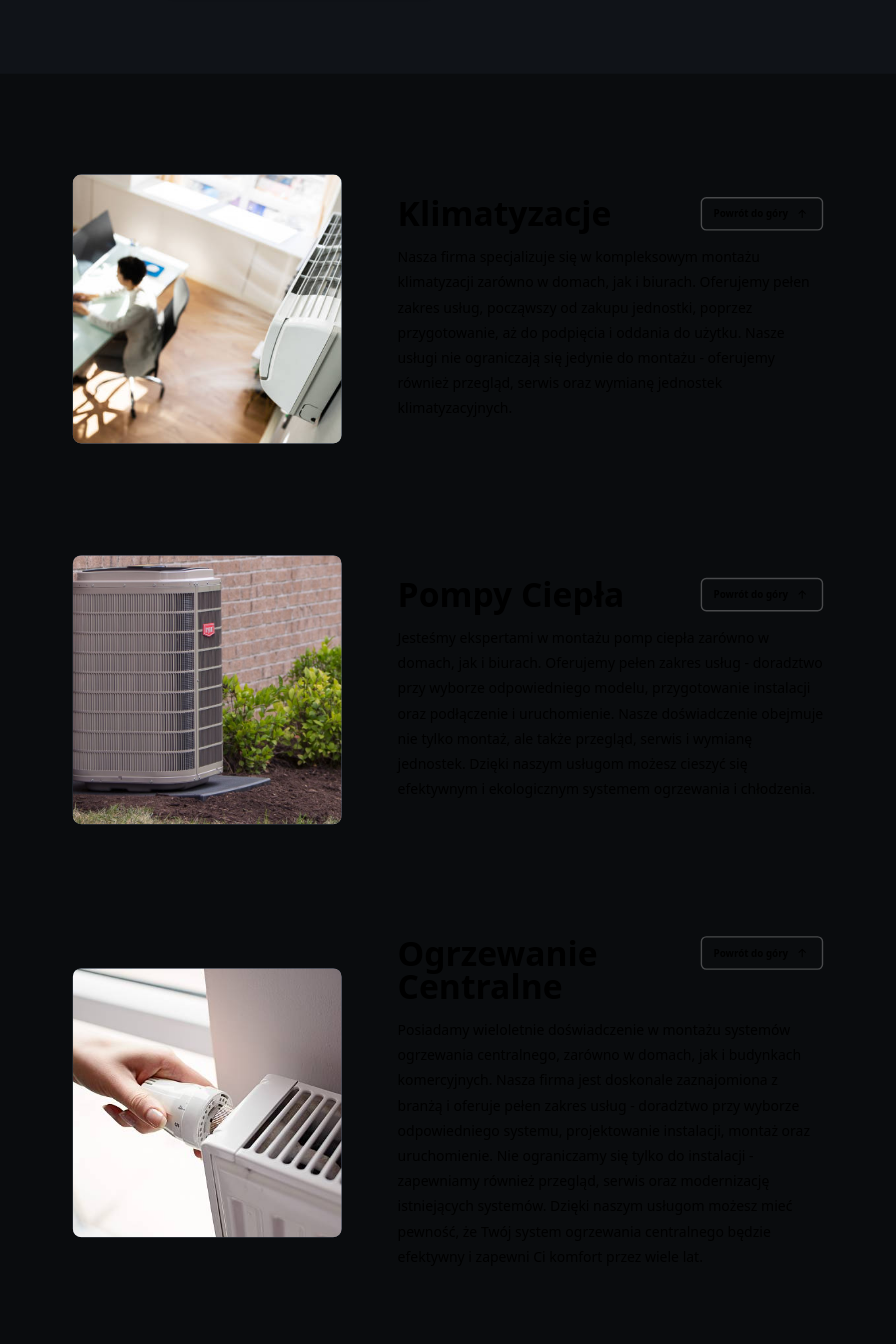
Repository: piotrokrutniak/Fast-CompanyWebsite
Page: /oferta
An editor plug-in stored every save of this project. The page is shown before and after the next save, followed by the edit.
The browser window is 1280 px wide. The pictures show the part of the page from y = 1528 to 3448 px (the page is 3962 px tall before and 4026 px after), at 70% of full size.
The project was rebuilt for these pictures with package versions that can differ from the ones it lists, and the page was loaded fresh each time. The framework's server and built-in components were replaced by stand-ins that run in the browser. Also part of the build but not shown: next.config.js.

Above is the page before, as saved 2023-10-22 16:30:09.

After the next save:
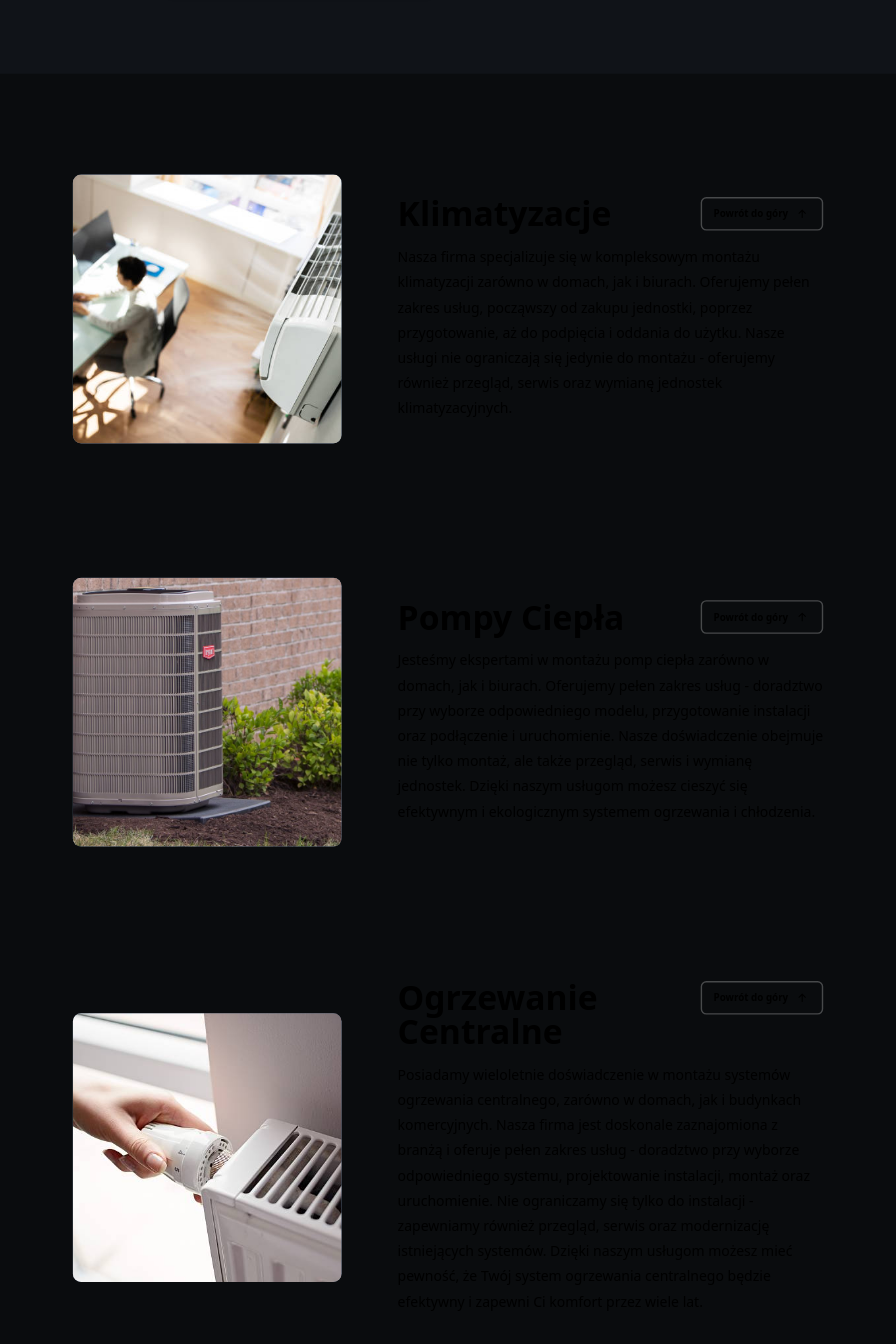
Saved 45 s later.
--- a/src/app/(pages)/oferta/page.js
+++ b/src/app/(pages)/oferta/page.js
@@ -24,7 +24,7 @@ export default function Oferta(){
                     </div>
                 </div>
             </section>
-            <section id="informacje" className="max-w-7xl m-auto sm:p-16">
+            <section id="informacje" className="max-w-7xl m-auto sm:p-16 flex flex-col gap-8">
                 <SimplePanel button={<ScrollTopButton/>} id="klimatyzacja" title="Klimatyzacje" desc="Nasza firma specjalizuje się w kompleksowym montażu klimatyzacji zarówno w domach, jak i biurach. Oferujemy pełen zakres usług, począwszy od zakupu jednostki, poprzez przygotowanie, aż do podpięcia i oddania do użytku. Nasze usługi nie ograniczają się jedynie do montażu - oferujemy również przegląd, serwis oraz wymianę jednostek klimatyzacyjnych." img={img1}/>
                 <SimplePanel button={<ScrollTopButton/>} id="pompy" title="Pompy Ciepła" desc="Jesteśmy ekspertami w montażu pomp ciepła zarówno w domach, jak i biurach. Oferujemy pełen zakres usług - doradztwo przy wyborze odpowiedniego modelu, przygotowanie instalacji oraz podłączenie i uruchomienie. Nasze doświadczenie obejmuje nie tylko montaż, ale także przegląd, serwis i wymianę jednostek. Dzięki naszym usługom możesz cieszyć się efektywnym i ekologicznym systemem ogrzewania i chłodzenia." img={img2}/>
                 <SimplePanel button={<ScrollTopButton/>} id="ogrzewanie" title="Ogrzewanie Centralne" desc="Posiadamy wieloletnie doświadczenie w montażu systemów ogrzewania centralnego, zarówno w domach, jak i budynkach komercyjnych. Nasza firma jest doskonale zaznajomiona z branżą i oferuje pełen zakres usług - doradztwo przy wyborze odpowiedniego systemu, projektowanie instalacji, montaż oraz uruchomienie. Nie ograniczamy się tylko do instalacji - zapewniamy również przegląd, serwis oraz modernizację istniejących systemów. Dzięki naszym usługom możesz mieć pewność, że Twój system ogrzewania centralnego będzie efektywny i zapewni Ci komfort przez wiele lat." img={img3}/>
